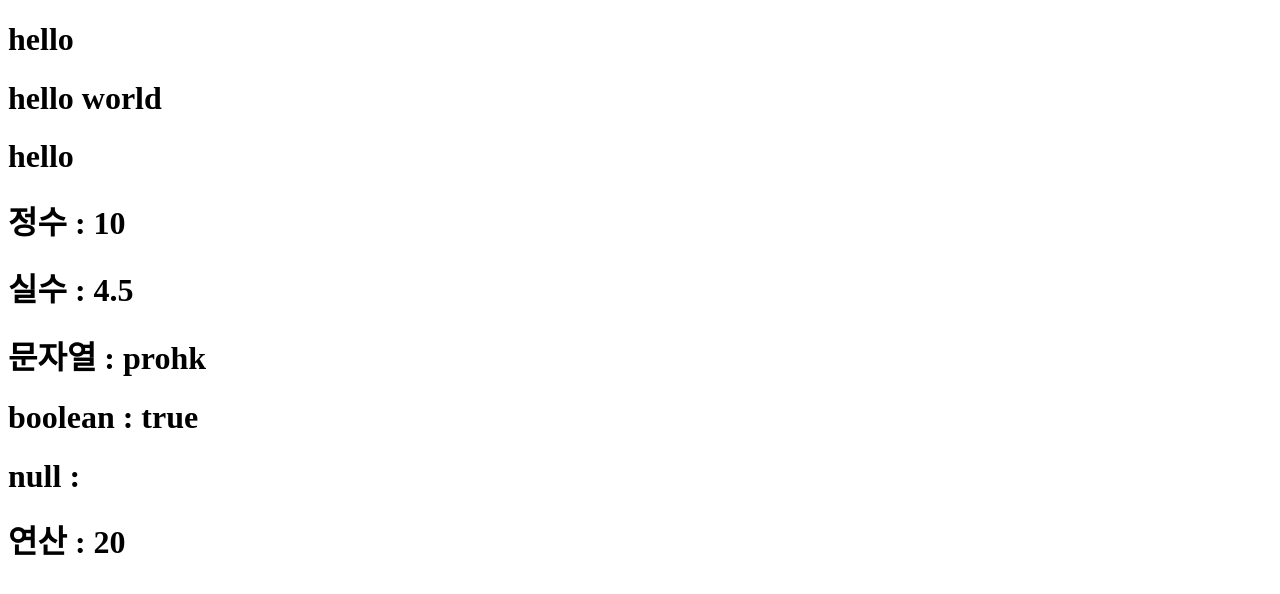
Repository: pro-hk/jsp
Page: http://localhost/chap06/express_language_01.jsp
An editor plug-in stored every save of this project. The page is shown before and after the next save, followed by the edit.
The browser window is 1280 px wide. The pictures show the whole page.
The page is served by Tomcat 9. Other server files are loaded and not shown.

Above is the page before, as saved 2022-01-25 06:15:16.

### chap06/src/main/webapp/express_language_01.jsp
<%@ page language="java" contentType="text/html; charset=UTF-8"
    pageEncoding="UTF-8"%>
<!DOCTYPE html>
<html>
<head>
<meta charset="UTF-8">
<title>Insert title here</title>
</head>
<body>
	<h1><% out.print("hello"); %></h1>
	<h1><%= "hello world" %></h1>
	<h1>${"hello"}</h1>
	<h1>정수 : ${10 }</h1>
	<h1>실수 : ${4.5 }</h1>
	<h1>문자열 : ${"prohk" }</h1>
	<h1>boolean : ${true }</h1>
	<h1>null : ${null }</h1>
	<h1>연산 : ${10+10 }</h1>
</body>
</html>

After the next save:
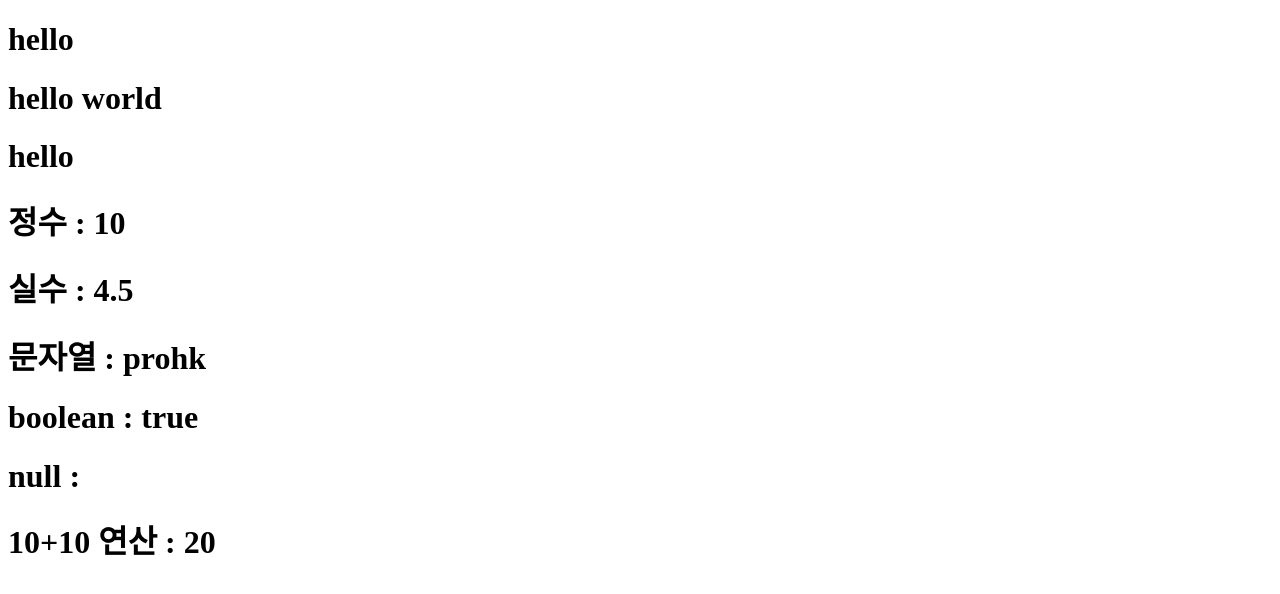
Saved 12 s later.
--- a/chap06/src/main/webapp/express_language_01.jsp
+++ b/chap06/src/main/webapp/express_language_01.jsp
@@ -15,6 +15,6 @@
 	<h1>문자열 : ${"prohk" }</h1>
 	<h1>boolean : ${true }</h1>
 	<h1>null : ${null }</h1>
-	<h1>연산 : ${10+10 }</h1>
+	<h1>10+10 연산 : ${10+10 }</h1>
 </body>
 </html>
